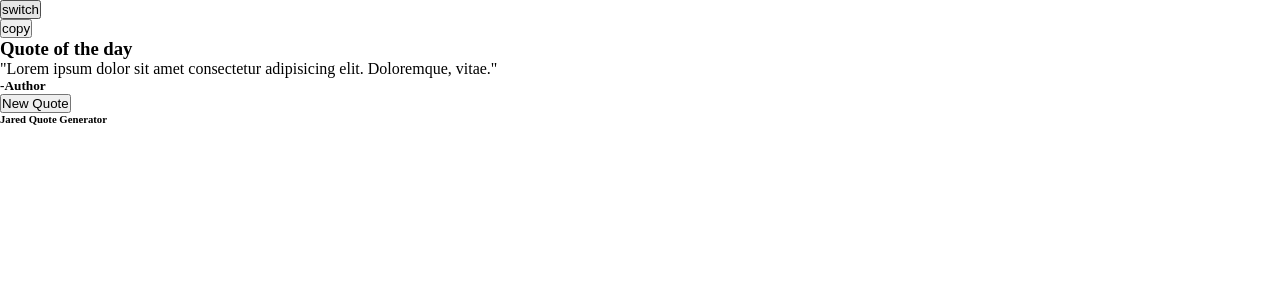
Repository: EguJaredoBoyd/Jared-Quote-Generator
Page: html/main.html
These files come from the project's save history. The page is drawn as it stood at one moment and after the next save; the edit follows.
The browser window is 1280 px wide. The pictures show the whole page.

Above is the page before, as saved 2026-01-09 00:20:53.

### html/main.html
<!DOCTYPE html>
<html lang="en">
  <head>
    <meta charset="UTF-8" />
    <meta name="viewport" content="width=device-width, initial-scale=1.0" />
    <link rel="stylesheet" href="../css/style.css" />
    <script src="../js/main.js" defer></script>
    <title>Document</title>
  </head>
  <body>
    <div class="container">
      <header>
        <button>switch</button>
      </header>
      <main>
        <div>
          <div>
            <button>copy</button>
          </div>
          <h3>Quote of the day</h3>
          <p>
            "Lorem ipsum dolor sit amet consectetur adipisicing elit.
            Doloremque, vitae."
          </p>
          <div>
            <h5>-Author</h5>
          </div>
          <div>
            <button>New Quote</button>
          </div>
        </div>
      </main>
      <footer>
        <div>
          <h6>Jared Quote Generator</h6>
        </div>
      </footer>
    </div>
  </body>
</html>

### css/style.css
* {
  margin: 0;
  padding: 0;
  box-sizing: border-box;
}

:root {
  --background-color: #7b0d1e;
  --card-color: #f8e5ee;
  --text-color: black;
  --button-color: var(--background-color);
}

.lighter-theme {
  --background-color: var(--card-color);
  --card-color: var(--background-color);
  --text-color: var(--text-color);
  --button-color: var(--button-color);
}

Loaded but not shown: js/main.js (no copy from this time; the picture is the same without it)

After the next save:
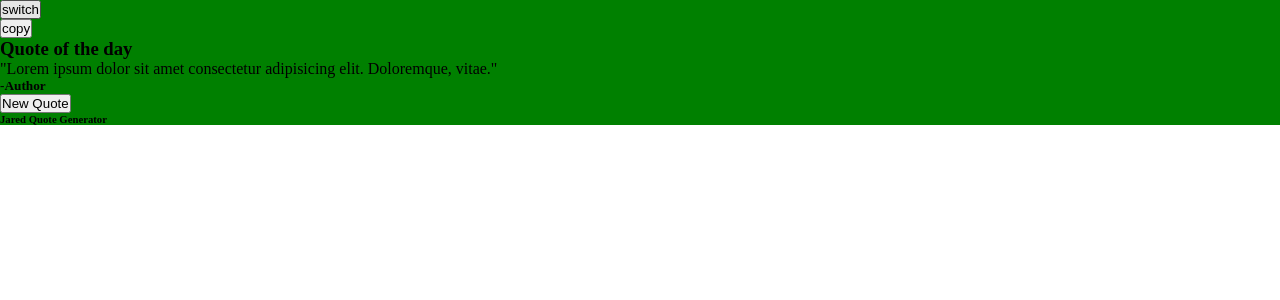
Saved 16 s later.
--- a/css/style.css
+++ b/css/style.css
@@ -17,3 +17,7 @@
   --text-color: var(--text-color);
   --button-color: var(--button-color);
 }
+
+.container {
+  background-color: green;
+}
